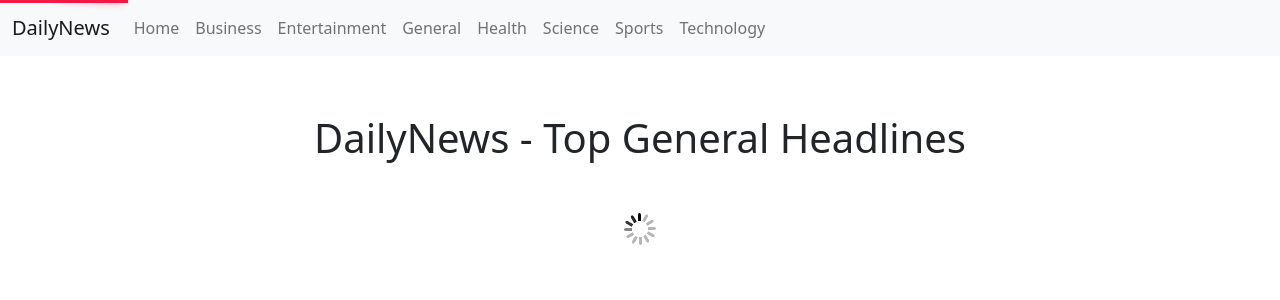
Repository: Bikki084/Daily_News
Page: /
An editor plug-in stored every save of this project. The page is shown before and after a run of saves, followed by the edit.
The browser window is 1280 px wide. The pictures show the whole page.
The page's requests for data from a server got no answer. The project was rebuilt for these pictures with package versions that can differ from the ones it lists, and the page was loaded fresh each time. No one was signed in, and anything a server would have sent is missing. Also part of the build but not shown: src/App.css, src/components/NewsItem.js.

Above is the page before, as saved 2021-12-21 23:59:42.

After the next 2 saves:
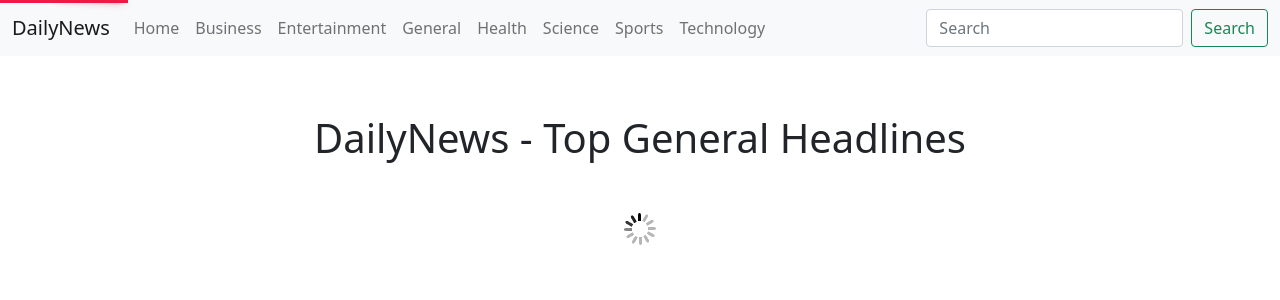
The 2 saves are shown as one change because they came seconds apart.
The last was saved 11 s later.
--- a/src/components/NavBar.js
+++ b/src/components/NavBar.js
@@ -24,7 +24,10 @@ const NavBar = () => {
                             <li className="nav-item"><Link className="nav-link" to="/sports">Sports</Link></li>
                             <li className="nav-item"><Link className="nav-link" to="/technology">Technology</Link></li>
                         </ul>
-
+                        <form class="d-flex">
+        <input class="form-control me-2" type="search" placeholder="Search" aria-label="Search"/>
+        <button class="btn btn-outline-success" type="submit">Search</button>
+      </form>
                     </div>
                 </div>
             </nav>
